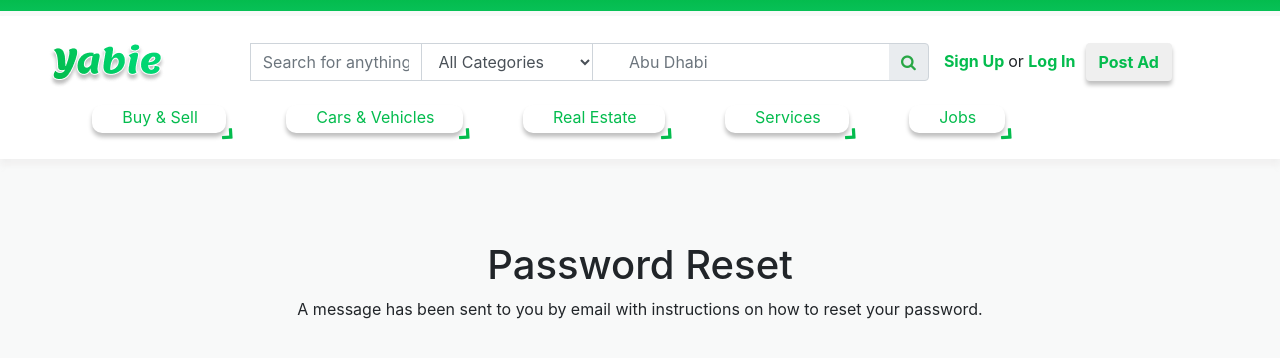
Repository: muazzamkha95/yabie
Page: notification-forgot-password.html
An editor plug-in stored every save of this project. The page is shown before and after the next save, followed by the edit.
The browser window is 1280 px wide. The pictures show the whole page.

Above is the page before, as saved 2020-07-09 16:09:54.
Console error: TypeError: Cannot read properties of undefined (reading 'fn')

### notification-forgot-password.html
<!DOCTYPE html>
<html lang="en">
<head>
    <meta charset="UTF-8">
    <meta name="viewport" content="width=device-width, initial-scale=1.0">
    <title>SignUp Page</title>

    <link rel="stylesheet" href="https://maxcdn.bootstrapcdn.com/bootstrap/4.0.0/css/bootstrap.min.css" integrity="sha384-Gn5384xqQ1aoWXA+058RXPxPg6fy4IWvTNh0E263XmFcJlSAwiGgFAW/dAiS6JXm" crossorigin="anonymous">
    <link rel="stylesheet" href="https://stackpath.bootstrapcdn.com/font-awesome/4.7.0/css/font-awesome.min.css" integrity="sha384-wvfXpqpZZVQGK6TAh5PVlGOfQNHSoD2xbE+QkPxCAFlNEevoEH3Sl0sibVcOQVnN" crossorigin="anonymous">
    <link href="css/main.css"  rel="stylesheet"></link>


</head>
<body>
        <div class="topBar"></div>
        <nav class="navbar">
            <div class="maincontainer">
                <div class="row">
                        <div class="col-md-2">
                            <a href="index.html"><img src="images/YabieLogo.png" alt="Yabie Logo" class="logo"/></a>
                        </div>
                        <div class="col-md-7">
                            <form class="form-inline" action="#">
                                <div class="input-group">
                                    <input type="text" class="form-control" placeholder="Search for anything" required>
                                    <select class="form-control border-right-0" required>
                                        <option>All Categories</option>
                                        <option value="a">A</option>
                                        <option value="b">B</option>
                                    </select>
                                    <div class="input-group">
                                        <div class="input-group-append">
                                            <span class="input-group-text bg-white text-success border-right-0"><i class="fa fa-map-marker-alt"></i></span>
                                        </div>
                                        <input type="text" class="form-control border-left-0 border-right-0" placeholder="Abu Dhabi" required>
                                        <div class="input-group-append">
                                            <button type="submit" class="input-group-text"><i class="fa fa-search text-success"></i></button>
                                        </div>
                                    </div>
                                </div>
                            </form>
                        </div>
                        <div class="col-md-3" >
                            <div class="row text-center">
                                <span style="padding-top: 6px;">
                                    <span class="btext"><a href="signup.html">Sign Up </a>  </span>  or <span class="btext"><a href="login.html">Log In</a></span>
                                </span>

                                <button class="btn btn-default btext pull-right boxshadow" style="margin-left: 10px;">Post Ad</button>
                            </div>
                        </div>

                </div>
                <div class="row mt-3" >
                    <span class="categoryTab">Buy & Sell <i class="keyboard_arrow_down_24px_rounded fa fa-chevron-right "></i></span>
                    <span class="categoryTab">Cars & Vehicles  <i class="keyboard_arrow_down_24px_rounded fa fa-chevron-right "></i></span>
                    <span class="categoryTab">Real Estate <i class="keyboard_arrow_down_24px_rounded fa fa-chevron-right "></i></span>
                    <span class="categoryTab">Services <i class="keyboard_arrow_down_24px_rounded fa fa-chevron-right "></i></span>
                    <span class="categoryTab">Jobs <i class="keyboard_arrow_down_24px_rounded fa fa-chevron-right "></i></span>
                </div>
            </div>
        </nav>

        <main  role="main" class="mainSection">
            <div class="container d-flex justify-content-center" >
                    <div class="col-md-8 text-center pt-5">

                        <h1>
                            <span class=""> Password Reset</span>
                        </h1>
                        <p>
                            A message has been sent to you by email with instructions on how to reset your password.
                        </p>
                    </div>

            </div>

        </main>


</body>
<script src="https://maxcdn.bootstrapcdn.com/bootstrap/4.0.0/js/bootstrap.min.js" integrity="sha384-JZR6Spejh4U02d8jOt6vLEHfe/JQGiRRSQQxSfFWpi1MquVdAyjUar5+76PVCmYl" crossorigin="anonymous"></script>
<script src="js/main.js" type="text/javascript"></script>
</html>

### css/main.css
/* Body */
*{
    padding: 0;
    margin: 0;
}
body{
    background: #F8F9F9;

}
a{
    color: #04BC4E;
    text-decoration: none;
    font-weight: bold;
}
a:hover{
    color: #04BC4E;
}

/* Main navbar css */

.topBar{

    position: absolute;
    width: 100%;
    height: 11px;
    left: 0px;
    top: 0px;

    background: linear-gradient(180deg, #04BC4E 0%, #15D57B 537.5%);
}


nav{
    position: absolute;
    width: 100%;
    height: 143px;
    left: 0px;
    top: 16px;
    background: #FFFFFF;
    box-shadow: 0px 6px 6px rgba(219, 214, 214, 0.25);
    padding-top: 20px;
}

.maincontainer{
    width: 95%;
    margin-left:auto;
    margin-right: auto;
}

.logo{
    height: 100;
}
.btext{
    font-weight: bold;
    color: #04BC4E;
}
.light-text{
    color:lightgray;
}
.light-note-text{
    font-size: 12px;
    color:lightgray;
}

.boxshadow{
    box-shadow: 0px 4px 4px rgba(0, 0, 0, 0.25);
}

.categoryTab{
    display: inline;
    box-shadow: 0px 4px 4px rgba(0, 0, 0, 0.25);
    background-color: #FFFFFF;
    color: #04BC4E;
    border-radius: 10px;
    margin-left: 60px;
    padding-left: 30px;


}
.keyboard_arrow_down_24px_rounded{
    position: relative;
    width: 24px;
    height: 24px;
    left:17px;
    top: 22px;
    transform: rotate(41.5deg);

}

/* Main section  */

.mainSection{
    width: 90%;
    margin-left: auto;
    margin-right: auto;
    margin-top: 50px;



}


.sectionTitle{

    font-family:sans-serif;
    font-style: normal;
    font-weight: 500;
    font-size: 24px;
    line-height: 29px;

    color: #3E4153;
}
.sectionSeeAll{
    color: #04BC4E;
    margin-right: 20px;
}
/* Ad card  */

.adcard{
    background: #FFFFFF;
    padding: 10px;
    margin-right: 21.85px;
    width: 177px;
}
.adTitle{
    font-family: sans-serif;
    font-style: normal;
    font-weight: bold;
    font-size: 16px;
    line-height: 19px;
    color: #000000;
    margin-top: 20px;
}
.adPrice{
    position: relative;
    width: 81px;
    height: 33px;
    left: -160px;
    top: 60px;
    padding: 5px;

    background: #4F4A4A;
    mix-blend-mode: hard-light;
    border-radius: 0px 10px 10px 0px;
    z-index: 999;
}

/* Login Page */

.mainSectionLogin{

    height: 100vh;
    background: linear-gradient(257.12deg, #04BC4E 56.95%, #15D57B 84.28%);
}
.login-btn{
    width: 100%;
    background-color:  #04BC4E;
    color: white;
    font-weight: bold;
}

input{
    border-radius: 0 !important;
    /* margin: 40px 0px 40px 0px; */
}

/* Email Confirmation Page */
.confirm-head{
    background: linear-gradient(180deg, #04BC4E 15.92%, #15D57B 113.67%);
    height: 87px;
}
.confirm-body{
    background:#FFFFFF;
    height: 60vh;
    padding: 50px 20px 50px 20px;
}

.confirm-head > h2{
    color: white;
    padding-top: 20px;
}

.back-arr{
    font-size: 30px;
    color:#04BC4E;
}

Loaded but not shown: js/main.js (no stored copy; drawn as an empty file)

After the next save:
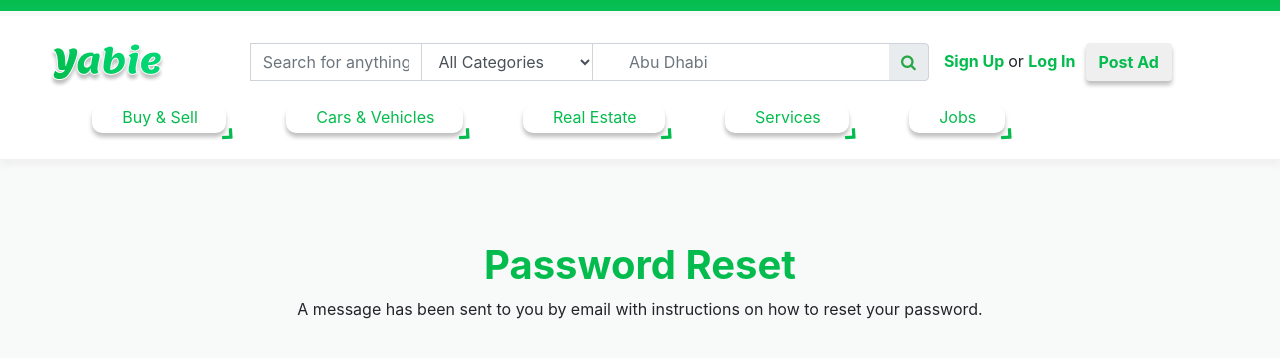
Saved 13 s later.
--- a/notification-forgot-password.html
+++ b/notification-forgot-password.html
@@ -66,7 +66,7 @@
                     <div class="col-md-8 text-center pt-5">
 
                         <h1>
-                            <span class=""> Password Reset</span>
+                            <span class="btext"> Password Reset</span>
                         </h1>
                         <p>
                             A message has been sent to you by email with instructions on how to reset your password.
